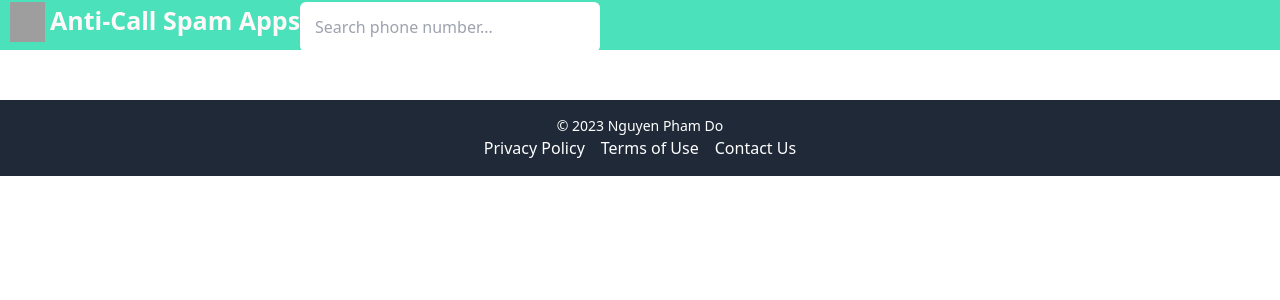
Repository: NPham1402/Web-user-callSpamBlocker
Page: /detail
An editor plug-in stored every save of this project. The page is shown before and after the next save, followed by the edit.
The browser window is 1280 px wide. The pictures show the whole page.
Pictures or frames that could not be fetched are drawn as grey boxes. The project was rebuilt for these pictures with package versions that can differ from the ones it lists, and the page was loaded fresh each time. The framework's server and built-in components were replaced by stand-ins that run in the browser. Also part of the build but not shown: next.config.js.

Above is the page before, as saved 2023-02-09 20:49:25.

After the next save:
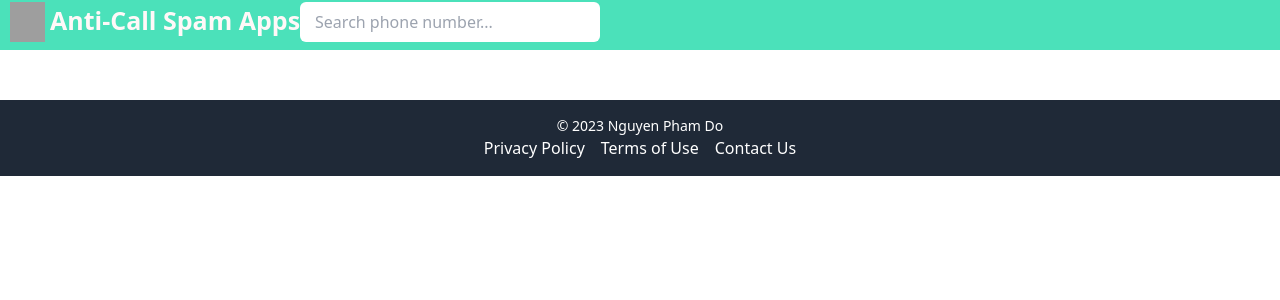
Saved 13 s later.
--- a/pages/detail.js
+++ b/pages/detail.js
@@ -26,7 +26,7 @@ function detail() {
             Anti-Call Spam Apps
           </p>
           <input
-            className="w-[300px] h-[50px] rounded-[6px] p-[15px]"
+            className="w-[300px] h-[40px] rounded-[6px] p-[15px]"
             placeholder="Search phone number..."
           />
         </div>
